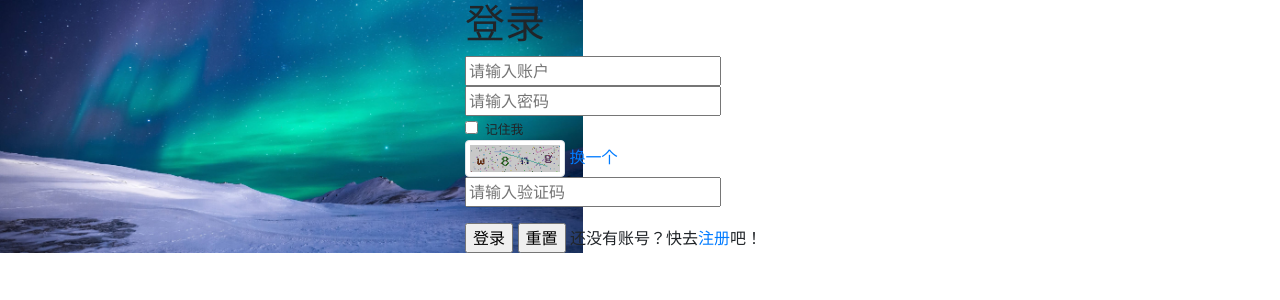
Repository: DHUAVH/Blog
Page: http://localhost/login.php
An editor plug-in stored every save of this project. The page is shown before and after the next save, followed by the edit.
The browser window is 1280 px wide. The pictures show the whole page.
Some web libraries are served in a nearby version. The page is run by PHP 8.4 with error messages shown; the project is at /var/www/html/.

Above is the page before, as saved 2020-11-29 17:04:50.

After the next save:
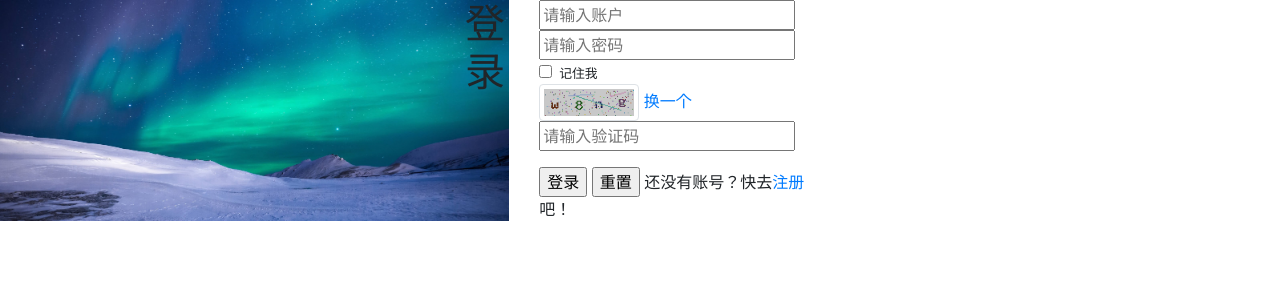
Saved 88 s later.
--- a/login.php
+++ b/login.php
@@ -25,12 +25,11 @@
             <div class="d-flex">
                 <h1 class="justify-text-center">登录</h1>
 
-            <form role="form" action="loginAction.php" method="POST">
-
-                    <div class="align-item"></div>
+                <form role="form" action="loginAction.php" method="POST">
+                    <div class="justify-content-center">
+                        <input id="ID" type="text" name="username"
+                            value="<?php echo isset($_COOKIE['username']) ? $_COOKIE['username'] : "";?>"  placeholder="请输入账户" required>
                     </div>
-                            <input id="ID" type="text" name="username"
-                            value="<?php echo isset($_COOKIE['username']) ? $_COOKIE['username'] : "";?>"  placeholder="请输入账户" required></td>
 
                             <input type="password" id="lastname" name="password" placeholder="请输入密码" required></td>
 

After the 4 saves that followed:
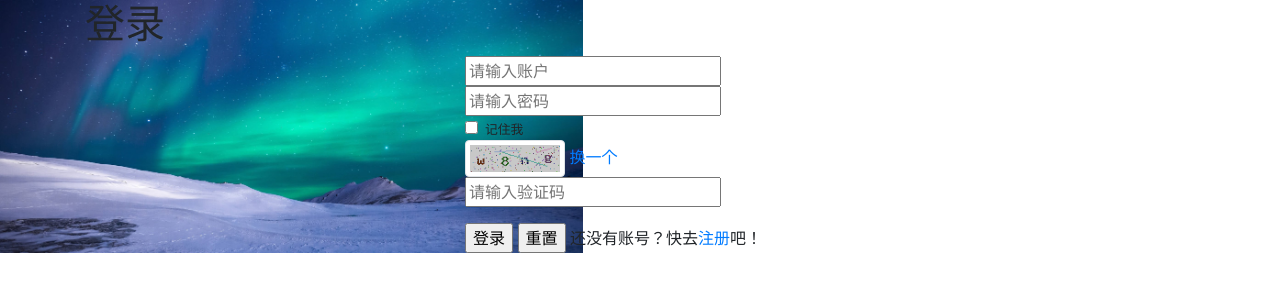
The 4 saves are shown as one change because 3 left the picture as it was.
The last was saved 2 min 6 s later.
--- a/login.php
+++ b/login.php
@@ -20,11 +20,13 @@
 
 <body>
     <div class="container">
+    <div class="justify-text-center"><h1>登录</h1> </div>
     <div class="row">
         <div class="col-sm-4 offset-sm-4">    <!--使用网格系统和偏移量设置居中-->
             <div class="d-flex">
-                <h1 class="justify-text-center">登录</h1>
 
+
+                <div>
                 <form role="form" action="loginAction.php" method="POST">
                     <div class="justify-content-center">
                         <input id="ID" type="text" name="username"
@@ -85,6 +87,8 @@
 
                             <td class="text-center" colspan="2" >还没有账号？快去<a href="register.php">注册</a>吧！</td>
                 </form>
+                </div>
+
             </div>
         </div>
     </div>
